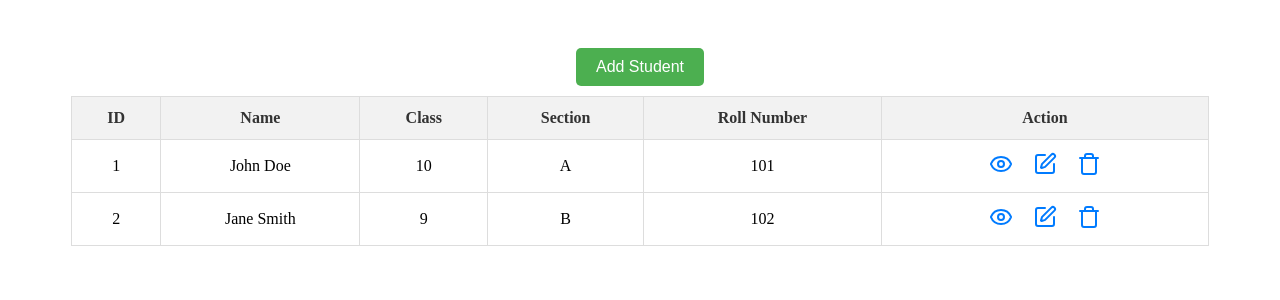
Repository: sharmisthak16/Student-Assignment
Page: /StudentTable (app in my-project/)
These files come from the project's save history. The page is drawn as it stood at one moment and after a run of saves; the edit follows.
The browser window is 1280 px wide. The pictures show the whole page.
The project was rebuilt for these pictures with package versions that can differ from the ones it lists, and the page was loaded fresh each time. Also part of the build but not shown: my-project/vite.config.js, my-project/src/components/firebase.js, my-project/src/components/LoginForm.css, my-project/src/components/LoginForm.jsx, my-project/src/components/Dashboard.jsx, my-project/src/components/HomeButtons.css, my-project/src/components/HomeButtons.jsx, my-project/src/Pages/Home.jsx.

Above is the page before, as saved 2025-01-30 20:28:27.

### my-project/index.html
<!doctype html>
<html lang="en">
  <head>
    <meta charset="UTF-8" />

    <meta name="viewport" content="width=device-width, initial-scale=1.0" />
    <title>Assignment</title>
  </head>
  <body>
    <div id="root"></div>
    <script type="module" src="/src/main.jsx"></script>
  </body>
</html>

### my-project/src/App.jsx
import React from 'react';
import { BrowserRouter as Router, Route, Routes } from 'react-router-dom'; // Use Routes instead of Switch
import LoginForm from './components/LoginForm';
import Dashboard from './components/Dashboard'; // Create this component for the dashboard page
import Home from './Pages/Home';
import StudentTable from './components/StudentTable';

function App() {
  return (
    <Router>
      <Routes>
      <Route path='/' element={<Home/>} />
        <Route path="/LoginForm" element={<LoginForm />} /> {/* Use element instead of component */}
        <Route path="/dashboard" element={<Dashboard />} /> {/* Use element instead of component */}
       <Route path="/StudentTable" element={<StudentTable />}  />
      </Routes>
    </Router>
  );
}

export default App;

### my-project/src/components/StudentTable.jsx
import React, { useState } from "react";
import { Eye, Edit, Trash } from "lucide-react"; // You need to install lucide-react for icons
import "./StudentTable.css";

const StudentTable = () => {
  const [students, setStudents] = useState([
    { id: 1, name: "John Doe", class: "10", section: "A", rollNumber: "101" },
    { id: 2, name: "Jane Smith", class: "9", section: "B", rollNumber: "102" },
  ]);

  const addStudent = () => {
    const newStudent = {
      id: students.length + 1,
      name: "New Student",
      class: "-",
      section: "-",
      rollNumber: "-",
    };
    setStudents([...students, newStudent]);
  };

  const deleteStudent = (id) => {
    setStudents(students.filter((student) => student.id !== id));
  };

  return (
    <div className="student-table-container">
      <button className="add-student-btn" onClick={addStudent}>
        Add Student
      </button>
      <table className="student-table">
        <thead>
          <tr>
            <th>ID</th>
            <th>Name</th>
            <th>Class</th>
            <th>Section</th>
            <th>Roll Number</th>
            <th>Action</th>
          </tr>
        </thead>
        <tbody>
          {students.map((student) => (
            <tr key={student.id}>
              <td>{student.id}</td>
              <td>{student.name}</td>
              <td>{student.class}</td>
              <td>{student.section}</td>
              <td>{student.rollNumber}</td>
              <td>
                <Eye className="action-icon" />
                <Edit className="action-icon" />
                <Trash
                  className="action-icon"
                  onClick={() => deleteStudent(student.id)}
                />
              </td>
            </tr>
          ))}
        </tbody>
      </table>
    </div>
  );
};

export default StudentTable;

### my-project/src/components/StudentTable.css
.student-table-container {
  width: 90%;
  max-width: 1200px;
  margin: 0 auto;
  padding: 20px;
  text-align: center; /* Center the button */
}

.add-student-btn {
  padding: 10px 20px;
  background-color: #4CAF50;
  color: white;
  border: none;
  border-radius: 5px;
  cursor: pointer;
  margin-top: 20px; /* Added margin-top to give some space between the table and button */
  font-size: 1rem;
}

.add-student-btn:hover {
  background-color: #45a049;
}

.student-table {
  width: 100%;
  border-collapse: collapse;
  margin-top: 10px;
}

.student-table th,
.student-table td {
  padding: 12px;
  text-align: center;
  border: 1px solid #ddd;
}

.student-table th {
  background-color: #f2f2f2;
  color: #333;
}

.student-table tbody tr:hover {
  background-color: #f1f1f1;
}

.action-icon {
  margin: 0 10px;
  cursor: pointer;
  color: #007bff;
}

.action-icon:hover {
  color: #0056b3;
}

@media (max-width: 768px) {
  .student-table th,
  .student-table td {
    padding: 8px;
  }

  .student-table {
    font-size: 0.9rem;
  }

  .action-icon {
    margin: 0 5px;
  }

  .student-table-container {
    padding: 10px;
  }
}

Loaded but not shown: my-project/src/main.jsx (common file); my-project/src/index.css (common file)

After the next 4 saves:
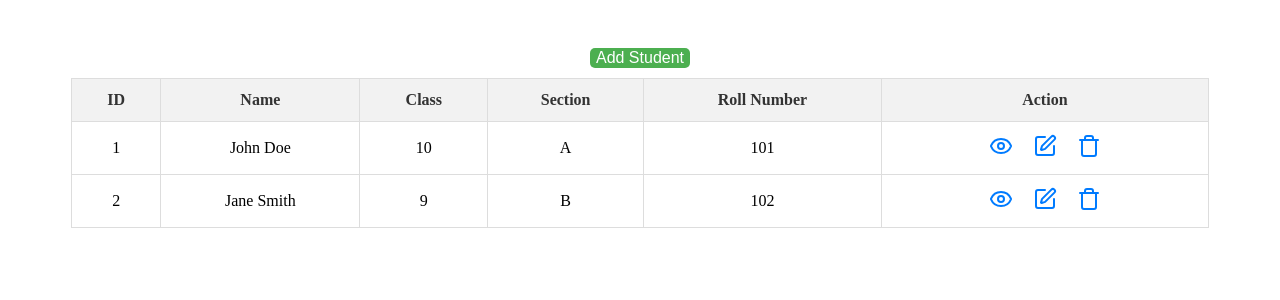
The 4 saves are shown as one change because they came seconds apart.
The last was saved 20 s later.
--- a/my-project/src/components/StudentTable.css
+++ b/my-project/src/components/StudentTable.css
@@ -7,6 +7,8 @@
 }
 
 .add-student-btn {
+  left: 50%;
+  top
   padding: 10px 20px;
   background-color: #4CAF50;
   color: white;

After the 5 saves that followed:
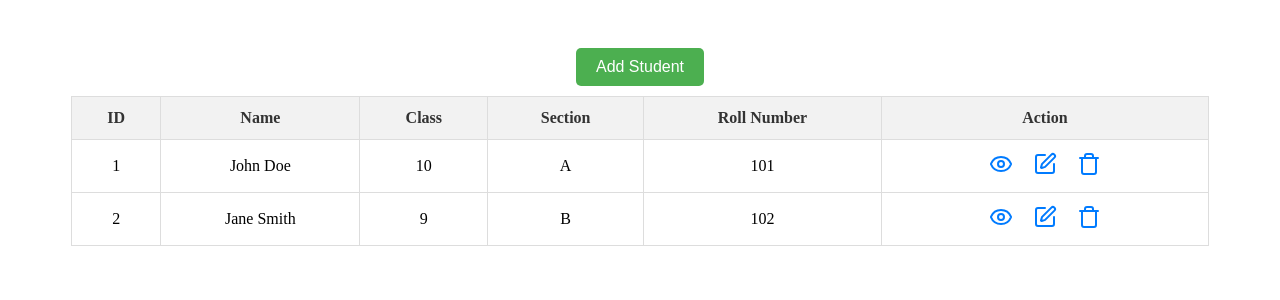
The 5 saves are shown as one change because 1 left the picture as it was and some came seconds apart.
The last was saved 13 s later.
--- a/my-project/src/components/StudentTable.css
+++ b/my-project/src/components/StudentTable.css
@@ -8,7 +8,8 @@
 
 .add-student-btn {
   left: 50%;
-  top
+  top:50%;
+  transform: translate();
   padding: 10px 20px;
   background-color: #4CAF50;
   color: white;
